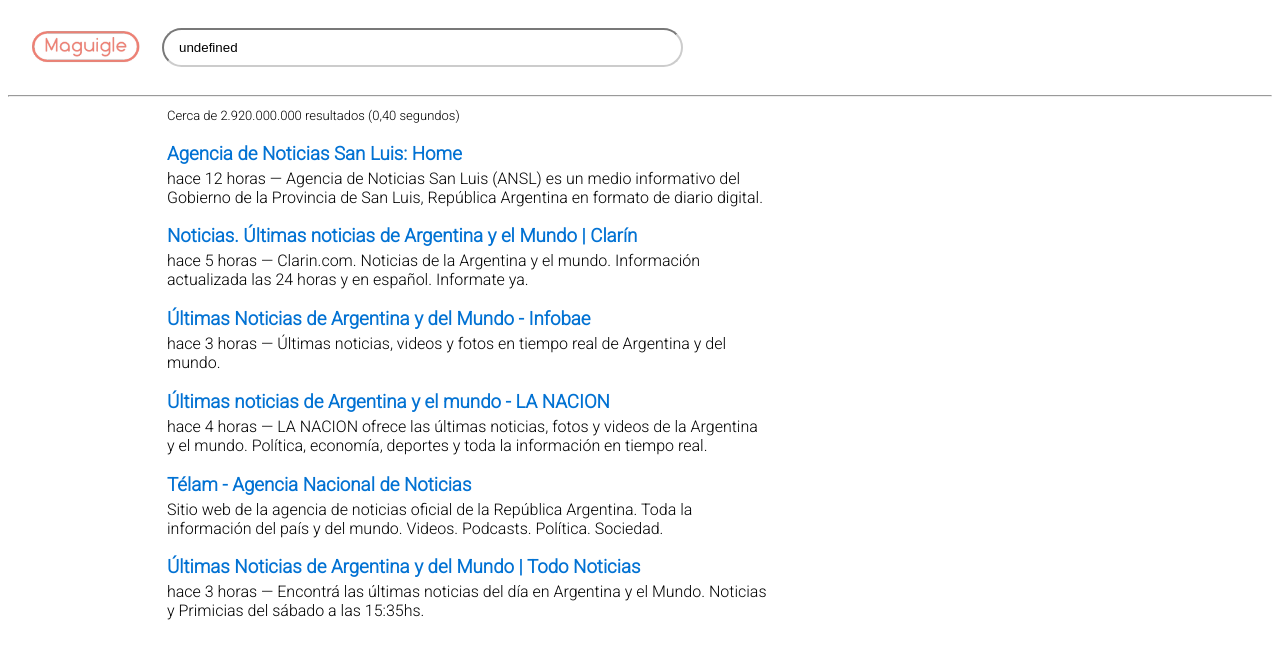
Repository: Rmmartinez/maguigle
Page: maguigle/src/main/resources/static/resultados.html
These files come from the project's save history. The page is drawn as it stood at one moment and after the next save; the edit follows.
The browser window is 1280 px wide. The pictures show the whole page.
The page's requests for data from a server got no answer.

Above is the page before, as saved 2023-07-30 03:05:25.

After the next save:
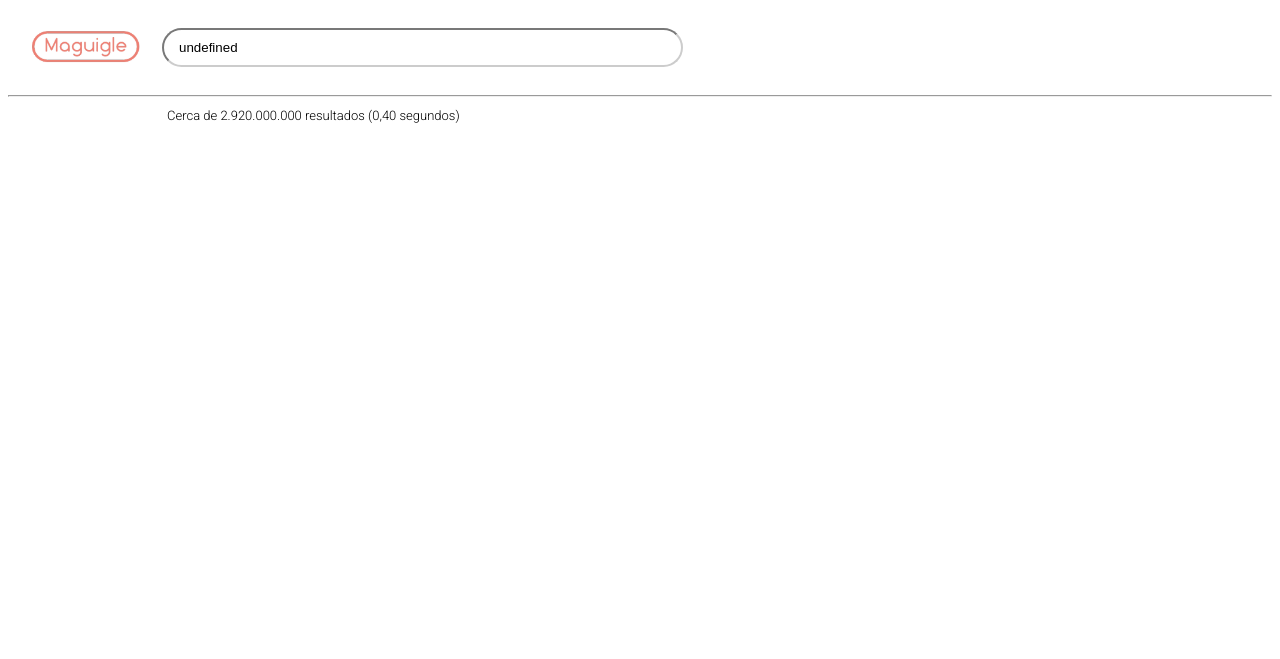
Saved 60 s later.
--- a/maguigle/src/main/resources/static/resultados.html
+++ b/maguigle/src/main/resources/static/resultados.html
@@ -20,42 +20,7 @@
                 Cerca de 2.920.000.000 resultados (0,40 segundos)
             </span>
             <div id = "links">
-            <div class="resultado">
-                <h3>Agencia de Noticias San Luis: Home</h3>
-                <span>
-                    hace 12 horas — Agencia de Noticias San Luis (ANSL) es un medio informativo del Gobierno de la Provincia de San Luis, República Argentina en formato de diario digital.
-                </span>
-            </div>
-            <div class="resultado">
-                <h3>Noticias. Últimas noticias de Argentina y el Mundo | Clarín</h3>
-                <span>
-                    hace 5 horas — Clarin.com. Noticias de la Argentina y el mundo. Información actualizada las 24 horas y en español. Informate ya.
-                </span>
-            </div>
-            <div class="resultado">
-                <h3>Últimas Noticias de Argentina y del Mundo - Infobae</h3>
-                <span>
-                    hace 3 horas — Últimas noticias, videos y fotos en tiempo real de Argentina y del mundo.
-                </span>
-            </div>
-            <div class="resultado">
-                <h3>Últimas noticias de Argentina y el mundo - LA NACION</h3>
-                <span>
-                    hace 4 horas — LA NACION ofrece las últimas noticias, fotos y videos de la Argentina y el mundo. Política, economía, deportes y toda la información en tiempo real.
-                </span>
-            </div>
-            <div class="resultado">
-                <h3>Télam - Agencia Nacional de Noticias</h3>
-                <span>
-                    Sitio web de la agencia de noticias oficial de la República Argentina. Toda la información del país y del mundo. Videos. Podcasts. Política. Sociedad.
-                </span>
-            </div>
-            <div class="resultado">
-                <h3>Últimas Noticias de Argentina y del Mundo | Todo Noticias</h3>
-                <span>
-                    hace 3 horas — Encontrá las últimas noticias del día en Argentina y el Mundo. Noticias y Primicias del sábado a las 15:35hs.
-                </span>
-            </div>
+
             </div>
         </div>
     </div>
